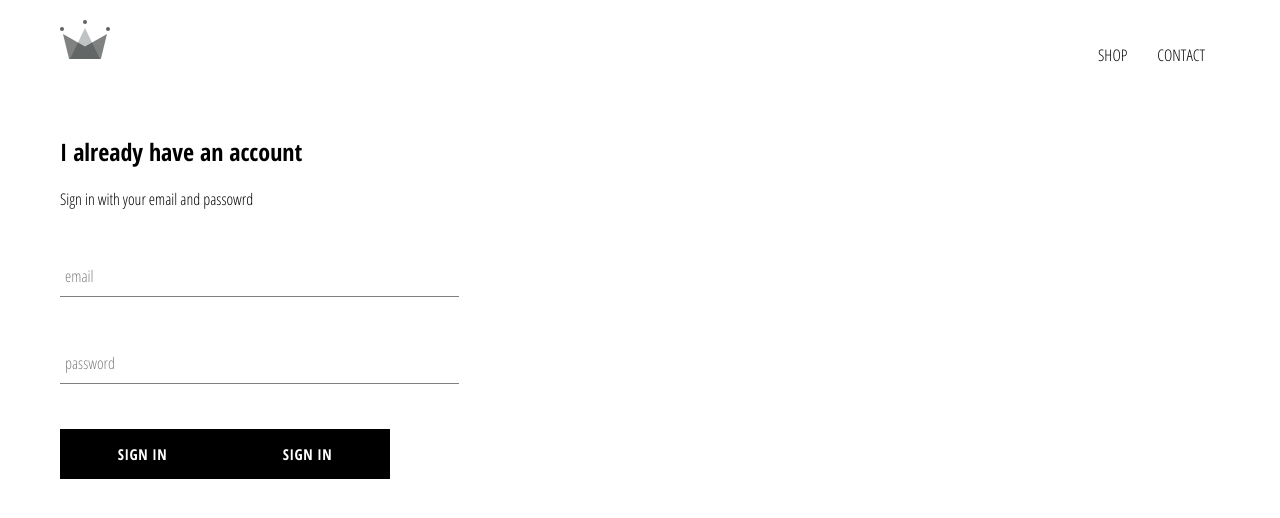
Repository: yurirech/crwn-clothing
Page: /signin
The author's editor kept a copy of each file at every save. The page is drawn from the files as they stood at one save, then again after the next save.
The browser window is 1280 px wide. The pictures show the whole page.
The project was rebuilt for these pictures with package versions that can differ from the ones it lists, and the page was loaded fresh each time. Also part of the build but not shown: src/pages/homepage/homepage.style.scss, src/components/directory/directory.styles.scss, src/components/menu-item/menu-item.styles.scss, src/components/menu-item/menu-item.component.jsx, src/components/directory/directory.component.jsx, src/pages/homepage/homepage.component.jsx, src/pages/shop/shop.data.js, src/components/collection-preview/collection-preview.styles.scss and 4 more.

Above is the page before, as saved 2020-05-25 18:02:35.

After the next save:
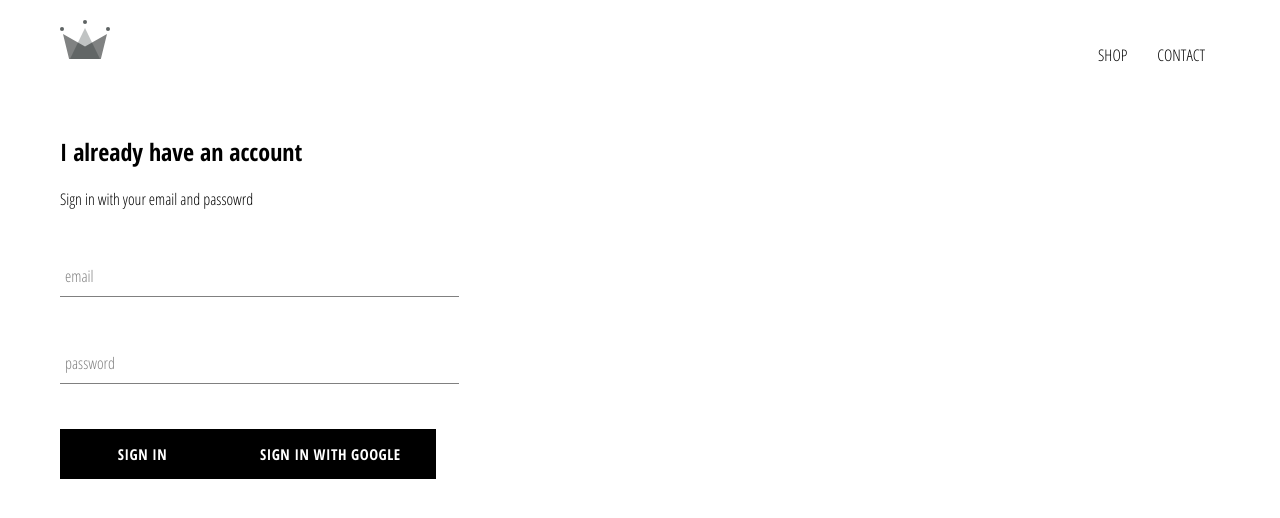
Saved 14 s later.
--- a/src/components/sign-in/sign-in.component.jsx
+++ b/src/components/sign-in/sign-in.component.jsx
@@ -40,7 +40,7 @@ class SignIn extends Component {
                  value={this.state.password} handleChange={this.handleChange} required/>
 
           <CustomButton type="submit"> Sign In </CustomButton>
-          <CustomButton onClick={signInWithGoogle}> Sign In </CustomButton>
+          <CustomButton onClick={signInWithGoogle}> Sign In with Google </CustomButton>
         </form>
       </div>
       );
